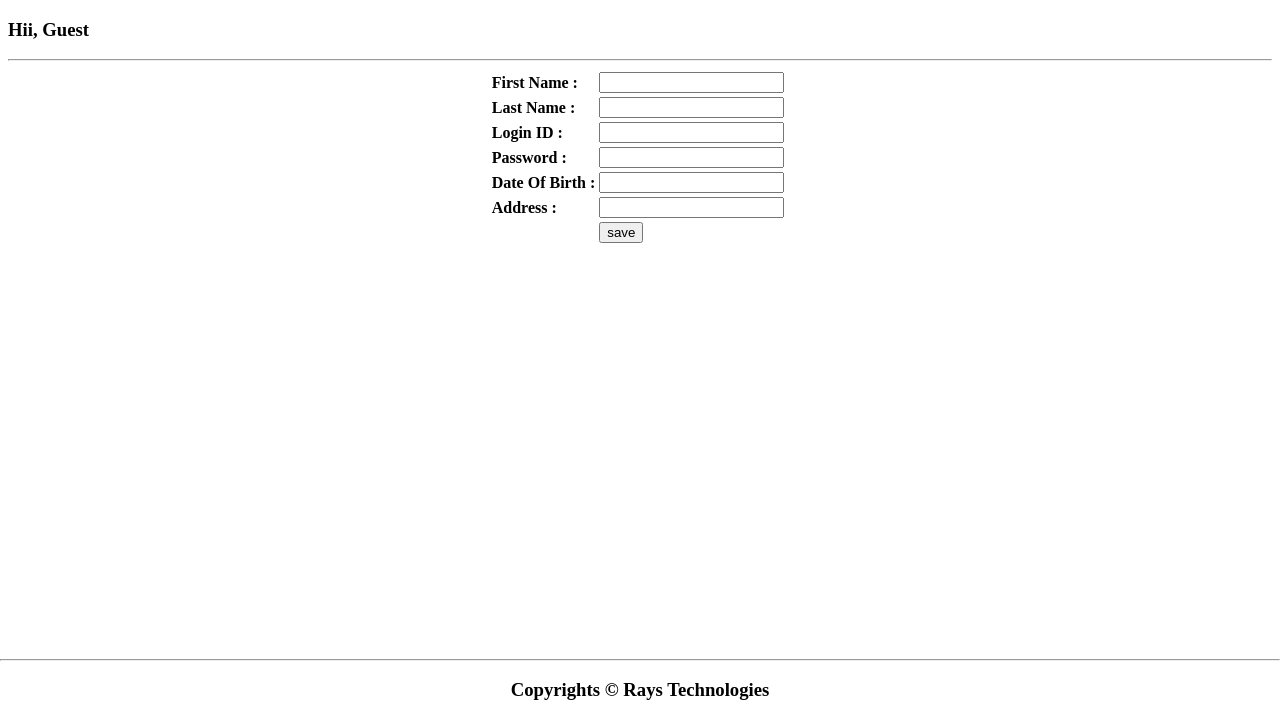
Repository: mca45034/Spring_Mvc
Page: http://localhost/Spring-mvc_practice/WEB-INF/pages/UserView.jsp
These files come from the project's save history. The page is drawn as it stood at one moment and after the next save; the edit follows.
The browser window is 1280 px wide. The pictures show the whole page.
The page is served by Tomcat 9. Nobody is signed in. Other server files are loaded and not shown. The template is opened directly, without the code that normally fills it, so the values that code supplies are empty.

Above is the page before, as saved 2024-04-03 09:27:01.

### spring-mvc/Spring-mvc_practice/src/main/webapp/WEB-INF/pages/UserView.jsp
<%@ page language="java" contentType="text/html; charset=ISO-8859-1"
	pageEncoding="ISO-8859-1"%>
<%@ page isELIgnored="false"%>
<%@taglib uri="http://java.sun.com/jsp/jstl/core" prefix="c"%>
<%@taglib uri="http://www.springframework.org/tags/form" prefix="sf"%>
<%@taglib uri="http://www.springframework.org/tags" prefix="s"%>
<!DOCTYPE html>
<html>
<head>
<meta charset="ISO-8859-1">
<title>Insert title here</title>
</head>
<body>
	<%@ include file="Header.jsp"%>
	<sf:form method="post" modelAttribute="form">
		<div align="center">

			<c:if test="${form.id>0}">
				<h1 style="color: navy">Update User</h1>
			</c:if>
			<c:if test="${form.id==0}">
				<h1 style="color: navy">Add User</h1>
			</c:if>
			<table>
				<tr>
					<th align="left">First Name :</th>
					<td><sf:input path="firstName" /></td>
					<td><sf:errors path="firstName"></sf:errors></td>
				</tr>
				<tr>
					<th align="left">Last Name :</th>
					<td><sf:input path="lastName" /></td>
					<td><sf:errors path="lastName"></sf:errors></td>
				</tr>
				<tr>
					<th align="left">Login ID :</th>
					<td><sf:input path="login" /></td>
					<td><sf:errors path="login"></sf:errors></td>
				</tr>
				<tr>
					<th align="left">Password :</th>
					<td><sf:input path="password" /></td>
					<td><sf:errors path="password"></sf:errors></td>
				</tr>
				<tr>
					<th align="left">Date Of Birth :</th>
					<td><sf:input path="dob" /></td>
					<td><sf:errors path="dob"></sf:errors></td>
				</tr>
				<tr>
					<th align="left">Address :</th>
					<td><sf:input path="address" /></td>
					<td><sf:errors path="address"></sf:errors></td>
				</tr>
				<tr>
					<th></th>

					<td><input type="submit" name="operation" value="save"></td>
				</tr>
			</table>
		</div>
	</sf:form>
	<%@ include file="Footer.jsp"%>
</body>
</html>

### spring-mvc/Spring-mvc_practice/src/main/webapp/WEB-INF/pages/Header.jsp

<%@page import="com.rays.dto.UserDTO"%>
<%@ page language="java" contentType="text/html; charset=ISO-8859-1"
	pageEncoding="ISO-8859-1"%>
<%@ page isELIgnored="false"%>
<%@taglib uri="http://java.sun.com/jsp/jstl/core" prefix="c"%>
<%@taglib uri="http://www.springframework.org/tags/form" prefix="sf"%>
<%@taglib uri="http://www.springframework.org/tags" prefix="s"%>
<!DOCTYPE html>
<html>
<head>
<meta charset="ISO-8859-1">
<title>Insert title here</title>
</head>
<body>
	<c:if test="${not empty sessionScope.user}">
		<h3>
			Hii, (
			<c:out value="${sessionScope.user.firstName}"></c:out> ) |
			<a href="<c:url value="/ctl/User"/>">Add User</a>  |  <a
				href="<c:url value="/ctl/User/search"/>">User List</a>  | <a
				href="<c:url value="/Login?operation=logout"/>">Logout</a>  |
		</h3>
	</c:if>
	<c:if test="${empty sessionScope.user}">
		<h3>Hii, Guest</h3>
	</c:if>
	<hr>
</body>
</html>

### spring-mvc/Spring-mvc_practice/src/main/webapp/WEB-INF/pages/Footer.jsp

<%@ page language="java" contentType="text/html; charset=ISO-8859-1"
	pageEncoding="ISO-8859-1"%>
<!DOCTYPE html>
<html>
<head>
<meta charset="ISO-8859-1">
<title>Footer</title>
<style>
.footer {
	position: fixed;
	left: 0;
	bottom: 0;
	width: 100%;
	background-color: White;
	color: black;
	text-align: center;
}
</style>
</head>
<body>
	<div class="footer">
		<HR>
		<h3>
			<strong>Copyrights &copy; Rays Technologies</strong>
		</h3>
	</div>
</body>
</html>

After the next save:
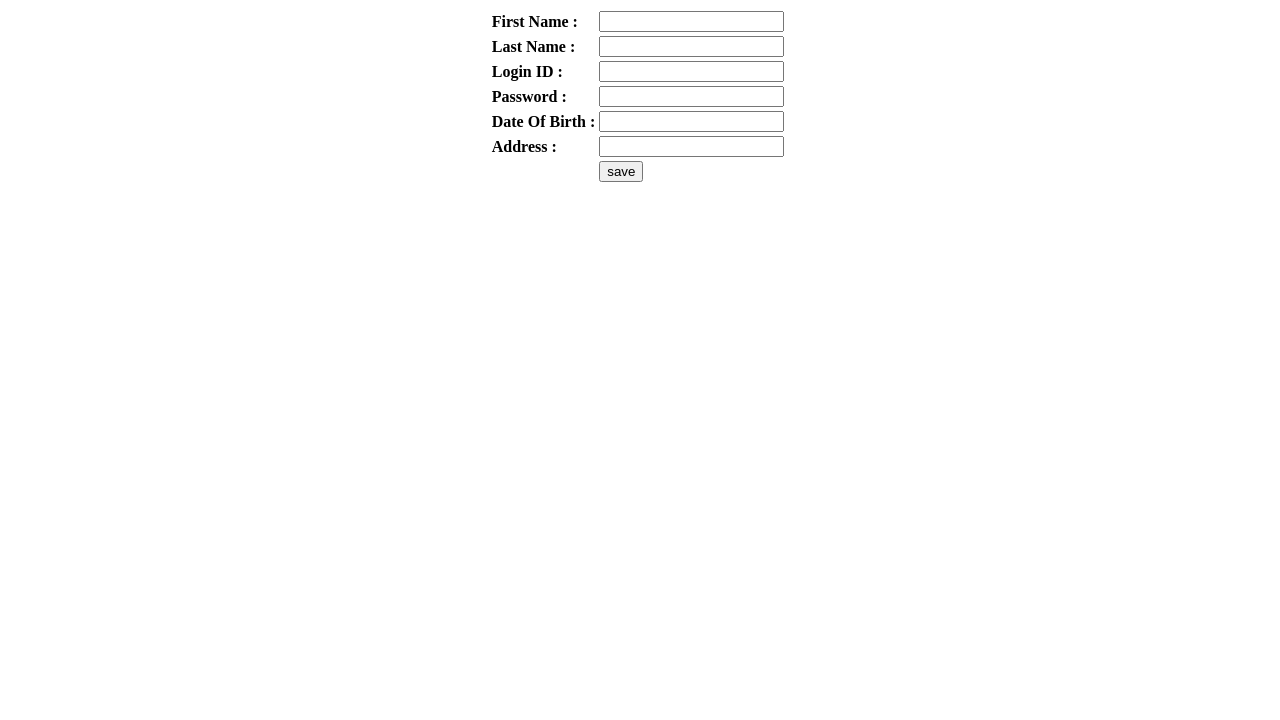
Saved 112 s later.
--- a/spring-mvc/Spring-mvc_practice/src/main/webapp/WEB-INF/pages/UserView.jsp
+++ b/spring-mvc/Spring-mvc_practice/src/main/webapp/WEB-INF/pages/UserView.jsp
@@ -11,7 +11,7 @@
 <title>Insert title here</title>
 </head>
 <body>
-	<%@ include file="Header.jsp"%>
+	<%-- <%@ include file="Header.jsp"%> --%>
 	<sf:form method="post" modelAttribute="form">
 		<div align="center">
 
@@ -60,6 +60,6 @@
 			</table>
 		</div>
 	</sf:form>
-	<%@ include file="Footer.jsp"%>
+	<%-- <%@ include file="Footer.jsp"%> --%>
 </body>
 </html>
